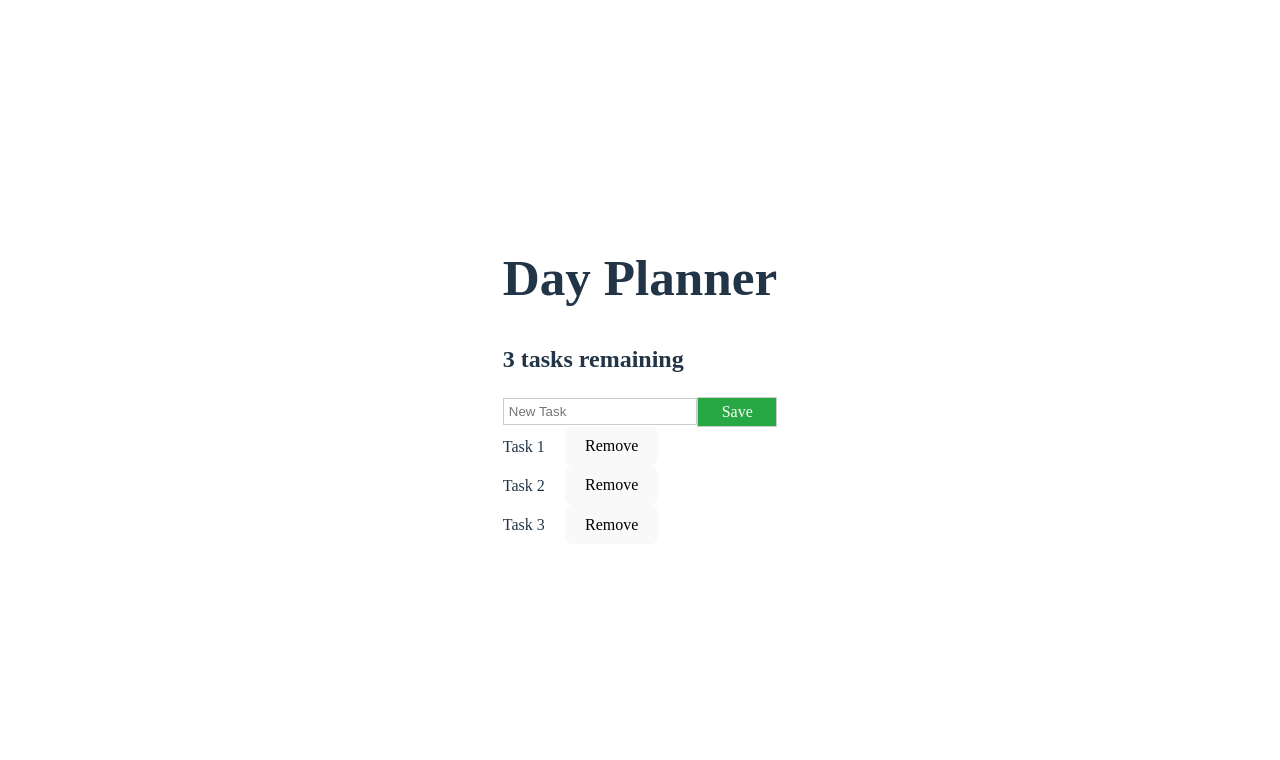
Repository: GavinPahal/lab5
Page: /
An editor plug-in stored every save of this project. The page is shown before and after the next save, followed by the edit.
The browser window is 1280 px wide. The pictures show the whole page.
The project was rebuilt for these pictures with package versions that can differ from the ones it lists, and the page was loaded fresh each time. Also part of the build but not shown: vite.config.js.

Above is the page before, as saved 2024-10-11 18:07:42.

### src/App.jsx
// src/App.jsx
import React, { useState } from 'react';
import Header from '../components/Header';
import TaskForm from '../components/TaskForm';
import TaskList from '../components/TaskList';
import './App.css';

function App() {
  const [tasks, setTasks] = useState([
    { id: 1, name: "Task 1", isCompleted: false },
    { id: 2, name: "Task 2", isCompleted: false },
    { id: 3, name: "Task 3", isCompleted: false },
  ]);

  const addTask = (name) => {
    setTasks([...tasks, { id: Date.now(), name, isCompleted: false }]);
  };

  const toggleComplete = (id) => {
    setTasks(
      tasks.map((task) =>
        task.id === id ? { ...task, isCompleted: !task.isCompleted } : task
      )
    );
  };

  const deleteTask = (id) => {
    setTasks(tasks.filter((task) => task.id !== id));
  };

  const pendingTasksCount = tasks.filter((task) => !task.isCompleted).length;

  return (
    <div className="app">
      <Header pendingTasksCount={pendingTasksCount} />
      <TaskForm addTask={addTask} />
      <TaskList
        tasks={tasks}
        toggleComplete={toggleComplete}
        deleteTask={deleteTask}
      />
    </div>
  );
}

export default App;

### components/Header.jsx
// components/Header.jsx
import React from 'react';

function Header({ pendingTasksCount }) {
  return (
    <header>
      <h1>Day Planner</h1>
      <h2>{pendingTasksCount} tasks remaining</h2>
    </header>
  );
}

export default Header;

### components/TaskForm.jsx
// components/TaskForm.jsx
import React, { useState } from 'react';

function TaskForm({ addTask }) {
  const [taskName, setTaskName] = useState('');

  const handleSubmit = (e) => {
    e.preventDefault();
    if (taskName.trim() !== '') {
      addTask(taskName);
      setTaskName('');
    }
  };

  return (
    <form onSubmit={handleSubmit} style={{ display: 'flex', alignItems: 'center', width: '100%' }}>
      <input
        type="text"
        placeholder="New Task"
        value={taskName}
        onChange={(e) => setTaskName(e.target.value)}
        style={{
          flex: 1, // Take remaining space
          marginRight: '0', // No margin to make button flush with input
          padding: '5px', // Padding for input
          borderRadius: '0', // No rounded edges
          border: '1px solid #ccc', // Light border for visibility
        }}
      />
      <button type="submit" className="save" style={{ padding: '5px', borderRadius: '0' }}>
        Save
      </button>
    </form>
  );
}

export default TaskForm;

### components/TaskList.jsx
// components/TaskList.jsx
import React from 'react';

function TaskList({ tasks, toggleComplete, deleteTask }) {
  return (
    <div>
      {tasks.map((task) => (
        <div key={task.id} className={`task ${task.isCompleted ? 'completed' : ''}`}>
          <span onClick={() => toggleComplete(task.id)} style={{ cursor: 'pointer' }}>
            {task.name}
          </span>
          <button
            className="remove"
            onClick={() => deleteTask(task.id)}
            style={{ marginLeft: '20px' }} // Add space to the left of the remove button
          >
            Remove
          </button>
        </div>
      ))}
    </div>
  );
}

export default TaskList;

### src/App.css
/* src/App.css */
body {
  font-family: 'Times New Roman', Times, serif;
  margin: 0;
  padding: 20px;
  display: flex; /* Use Flexbox for centering */
  justify-content: center; /* Center horizontally */
  align-items: center; /* Center vertically */
  height: 100vh; /* Full height for vertical centering */
}

.app {
  background-color: #fff;
  padding: 10px;
  border-radius: 5px; /* Keep this if you want rounded corners */
}

button.save {
  background-color: #28a745; /* Green color */
  color: white;
  border: 1px solid #ccc; /* Light border for visibility */
  cursor: pointer;
  width: 80px; /* Ensure fixed width for consistency */
}

button.save:hover {
  background-color: #218838; /* Darker green on hover */
}

Loaded but not shown: index.html (common file); src/main.jsx (common file); src/index.css (common file)

After the next save:
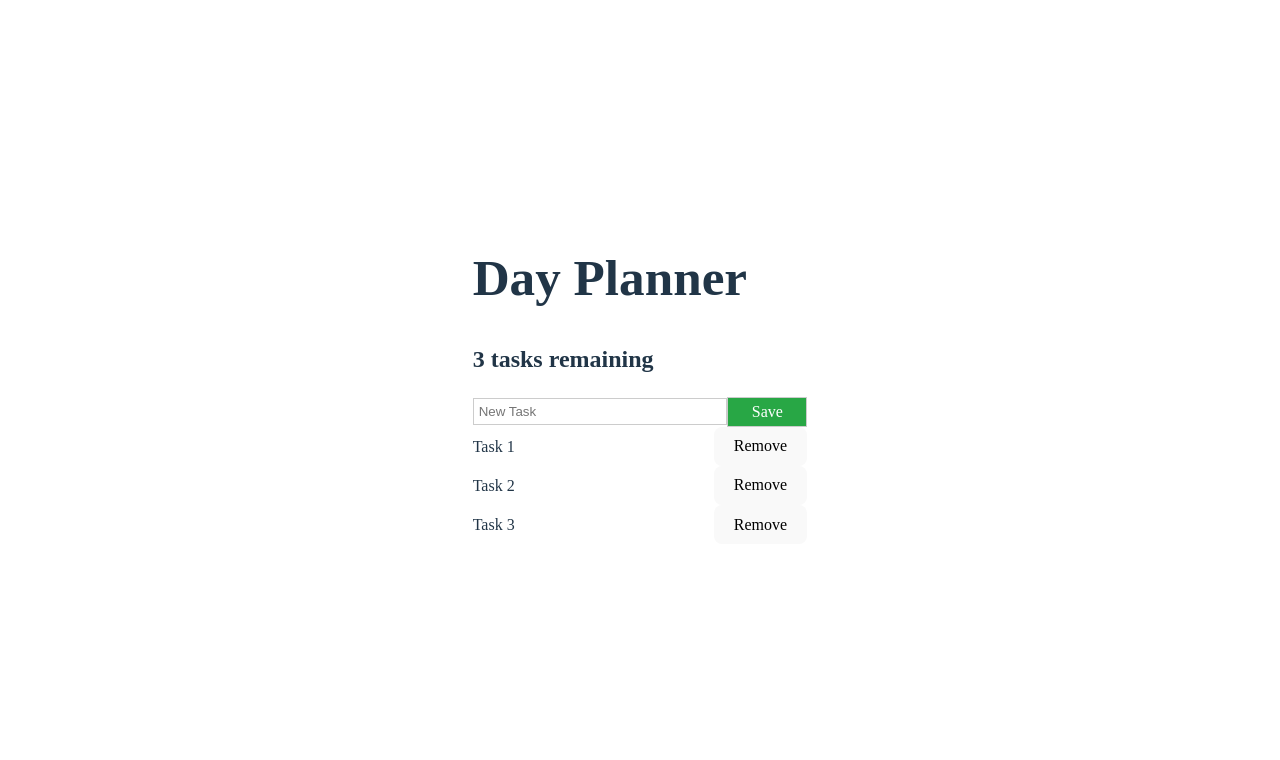
Saved 10 s later.
--- a/components/TaskList.jsx
+++ b/components/TaskList.jsx
@@ -12,7 +12,7 @@ function TaskList({ tasks, toggleComplete, deleteTask }) {
           <button
             className="remove"
             onClick={() => deleteTask(task.id)}
-            style={{ marginLeft: '20px' }} // Add space to the left of the remove button
+            style={{ marginLeft: '199px' }} // Add space to the left of the remove button
           >
             Remove
           </button>
